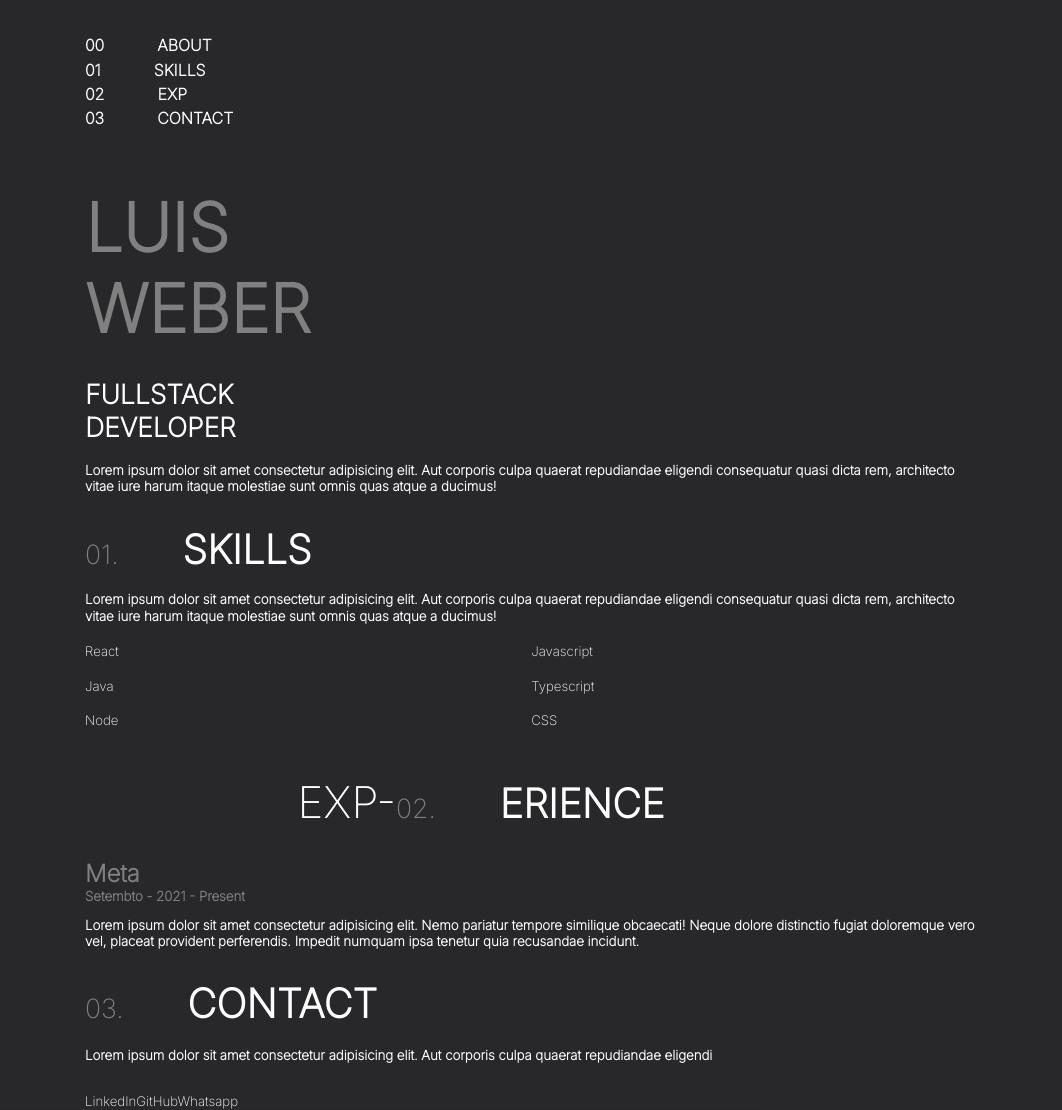
Repository: luiswh1/Portfolio
Page: /
An editor plug-in stored every save of this project. The page is shown before and after the next save, followed by the edit.
The browser window is 1280 px wide. The pictures show the whole page, at 83% of full size.
The project was rebuilt for these pictures with package versions that can differ from the ones it lists, and the page was loaded fresh each time.

Above is the page before, as saved 2023-05-28 18:10:35.

### public/index.html
<!DOCTYPE html>
<html lang="en">
  <head>
    <meta charset="utf-8" />
    <link rel="icon" href="%PUBLIC_URL%/favicon.ico" />
    <meta name="viewport" content="width=device-width, initial-scale=1" />
    <meta name="theme-color" content="#000000" />
    <meta
      name="description"
      content="Web site created using create-react-app"
    />
    <link rel="apple-touch-icon" href="%PUBLIC_URL%/logo192.png" />
    <!--
      manifest.json provides metadata used when your web app is installed on a
      user's mobile device or desktop. See https://developers.google.com/web/fundamentals/web-app-manifest/
    -->
    <link rel="manifest" href="%PUBLIC_URL%/manifest.json" />
    <!--
      Notice the use of %PUBLIC_URL% in the tags above.
      It will be replaced with the URL of the `public` folder during the build.
      Only files inside the `public` folder can be referenced from the HTML.

      Unlike "/favicon.ico" or "favicon.ico", "%PUBLIC_URL%/favicon.ico" will
      work correctly both with client-side routing and a non-root public URL.
      Learn how to configure a non-root public URL by running `npm run build`.
    -->

    <link rel="preconnect" href="https://fonts.googleapis.com">
    <link rel="preconnect" href="https://fonts.gstatic.com" crossorigin>
    <link href="https://fonts.googleapis.com/css2?family=Inter:wght@200&family=Poppins:wght@200;300&display=swap" rel="stylesheet">
    <title>React App</title>
  </head>
  <body>
    <noscript>You need to enable JavaScript to run this app.</noscript>
    <div id="root"></div>
    <!--
      This HTML file is a template.
      If you open it directly in the browser, you will see an empty page.

      You can add webfonts, meta tags, or analytics to this file.
      The build step will place the bundled scripts into the <body> tag.

      To begin the development, run `npm start` or `yarn start`.
      To create a production bundle, use `npm run build` or `yarn build`.
    -->
  </body>
</html>

### src/index.tsx
import React from 'react';
import ReactDOM from 'react-dom/client';
import App from './App';
import GlobalStyle from './styles/globalStyles';

const root = ReactDOM.createRoot(
  document.getElementById('root') as HTMLElement
);
root.render(
  <React.StrictMode>
    <GlobalStyle />
    <App />
  </React.StrictMode>
);

### src/App.tsx
import React from 'react';
import Home from './Pages/Home';

function App() {
  return (
   <Home />
  );
}

export default App;

### src/styles/globalStyles.tsx
import { createGlobalStyle } from 'styled-components'


const GlobalStyle = createGlobalStyle`
* {
    margin: 0;
    font-family: Inter;
  }

  html, body {
    height: 100%;
    background-color: #28282B;
    color: white;
  }

`

export default GlobalStyle

### src/Pages/Home.tsx
import {
  Container,
  NameSection,
  StyledName,
  InnerContainer,
  Profession,
  About,
  LabelTitle,
  NumberIndex,
  IndexTitle,
  ListSkills,
  SkillItem,
  StyledSpanExp,
  Experience,
  Company,
  Date,
  Description,
  SectionContacts,
  ContactItem,
} from "./HomeStyles";
import IndexList from "../Components/IndexList/IndexList";

const Home = () => {
  return (
    <Container>
      <InnerContainer>
        <IndexList />

        <NameSection>
          <StyledName>
            LUIS <br />
            WEBER
          </StyledName>
        </NameSection>

        <Profession>
          FULLSTACK <br />
          DEVELOPER
        </Profession>

        <About>
          Lorem ipsum dolor sit amet consectetur adipisicing elit. Aut corporis
          culpa quaerat repudiandae eligendi consequatur quasi dicta rem,
          architecto vitae iure harum itaque molestiae sunt omnis quas atque a
          ducimus!
        </About>

        <LabelTitle>
          <NumberIndex>01.</NumberIndex>
          <IndexTitle>SKILLS</IndexTitle>
        </LabelTitle>

        <About>
          Lorem ipsum dolor sit amet consectetur adipisicing elit. Aut corporis
          culpa quaerat repudiandae eligendi consequatur quasi dicta rem,
          architecto vitae iure harum itaque molestiae sunt omnis quas atque a
          ducimus!
        </About>

        <ListSkills>
          <SkillItem>React</SkillItem>
          <SkillItem>Javascript</SkillItem>
          <SkillItem>Java</SkillItem>
          <SkillItem>Typescript</SkillItem>
          <SkillItem>Node</SkillItem>
          <SkillItem>CSS</SkillItem>
        </ListSkills>

        <LabelTitle>
          {/* TODO Ajustar o EXP em diferente resoluções de celular, pois está ficando desalinhado com o ERIENCE */}
          <StyledSpanExp>EXP-</StyledSpanExp>
          <NumberIndex>02.</NumberIndex>
          <IndexTitle>ERIENCE</IndexTitle>
        </LabelTitle>

        <Experience>
          <Company>Meta</Company>
          <Date>Setembto - 2021 - Present</Date>
          <Description>
            Lorem ipsum dolor sit amet consectetur adipisicing elit. Nemo
            pariatur tempore similique obcaecati! Neque dolore distinctio fugiat
            doloremque vero vel, placeat provident perferendis. Impedit numquam
            ipsa tenetur quia recusandae incidunt.
          </Description>
        </Experience>

        <LabelTitle>
          <NumberIndex>03.</NumberIndex>
          <IndexTitle>CONTACT</IndexTitle>
        </LabelTitle>

        <About>
          Lorem ipsum dolor sit amet consectetur adipisicing elit. Aut corporis
          culpa quaerat repudiandae eligendi
        </About>

        <SectionContacts>
          <ContactItem>LinkedIn</ContactItem>
          <ContactItem>GitHub</ContactItem>
          <ContactItem>Whatsapp</ContactItem>
        </SectionContacts>
      </InnerContainer>
    </Container>
  );
};

export default Home;

### src/Pages/HomeStyles.tsx
import { styled } from "styled-components";

export const Container = styled.div`
  width: 100%;
  height: 100%;
  overflow: hidden;
`;

export const InnerContainer = styled.div`
  margin-left: 8vw;
  margin-right: 8vw;
`;

export const NameSection = styled.div`
  width: 100%;
  height: 100%;
  margin-top: 10vh;
`;

export const StyledName = styled.h1`
  font-size: 5em;
  color: gray;
`;

export const Profession = styled.h1`
margin-top: 5vh;
`

export const About = styled.p`
margin-top: 3vh;
color: white;
font-weight: bold;
`
export const LabelTitle = styled.div`
margin-top: 5vh;
`

export const NumberIndex = styled.span`
  font-size: 2em;
  color: gray;
  margin-right: 3vw;
`;

export const IndexTitle = styled.span`
  font-size: 3em;
  color: white;
  margin-left: 3vw;
  font-weight: bold;
`;


export const ListSkills = styled.div`
margin-top: 3vh;
display: flex;
  flex-wrap: wrap;
`;

export const SkillItem = styled.span`
flex-basis: 50%;
margin-bottom: 3vh;
color: white;
`;

export const StyledSpanExp = styled.span`
font-size: 3.3em;
color: white;
margin-left: 20vw;
`

export const Experience = styled.section`
margin-top: 5vh;
color: gray;
`

export const Company = styled.h5`
font-size: 1.8em;
`

export const Date = styled.h6`
font-size: 1em;
`

export const Description = styled.p`
color: white;
font-weight: bold;
margin-top: 2vh;
`

export const SectionContacts = styled.p`
margin-top: 5vh;
`

export const ContactItem = styled.span`

`

### src/Components/IndexList/IndexList.tsx
import React from "react";
import { Sections, SectionItem } from "./IndexListStyles";

const IndexList = () => {
  return (
    <>
      <Sections>
        <SectionItem>
          <span>00</span>
          <span>ABOUT</span>
        </SectionItem>
        <SectionItem>
          <span>01</span>
          <span>SKILLS</span>
        </SectionItem>
        <SectionItem>
          <span>02</span>
          <span>EXP</span>
        </SectionItem>
        <SectionItem>
          <span>03</span>
          <span>CONTACT</span>
        </SectionItem>
      </Sections>
    </>
  );
};

export default IndexList;

### src/Components/IndexList/IndexListStyles.tsx
import { styled } from "styled-components";

export const Sections = styled.div`
margin-top: 6vh;
`

export const SectionItem = styled.span`
color: white;
font-size: 1.2rem;
font-weight: bold;
display: block;
span:first-child {
    margin-right: 5vw;
  }
  margin-top: 5px;
`

After the next save:
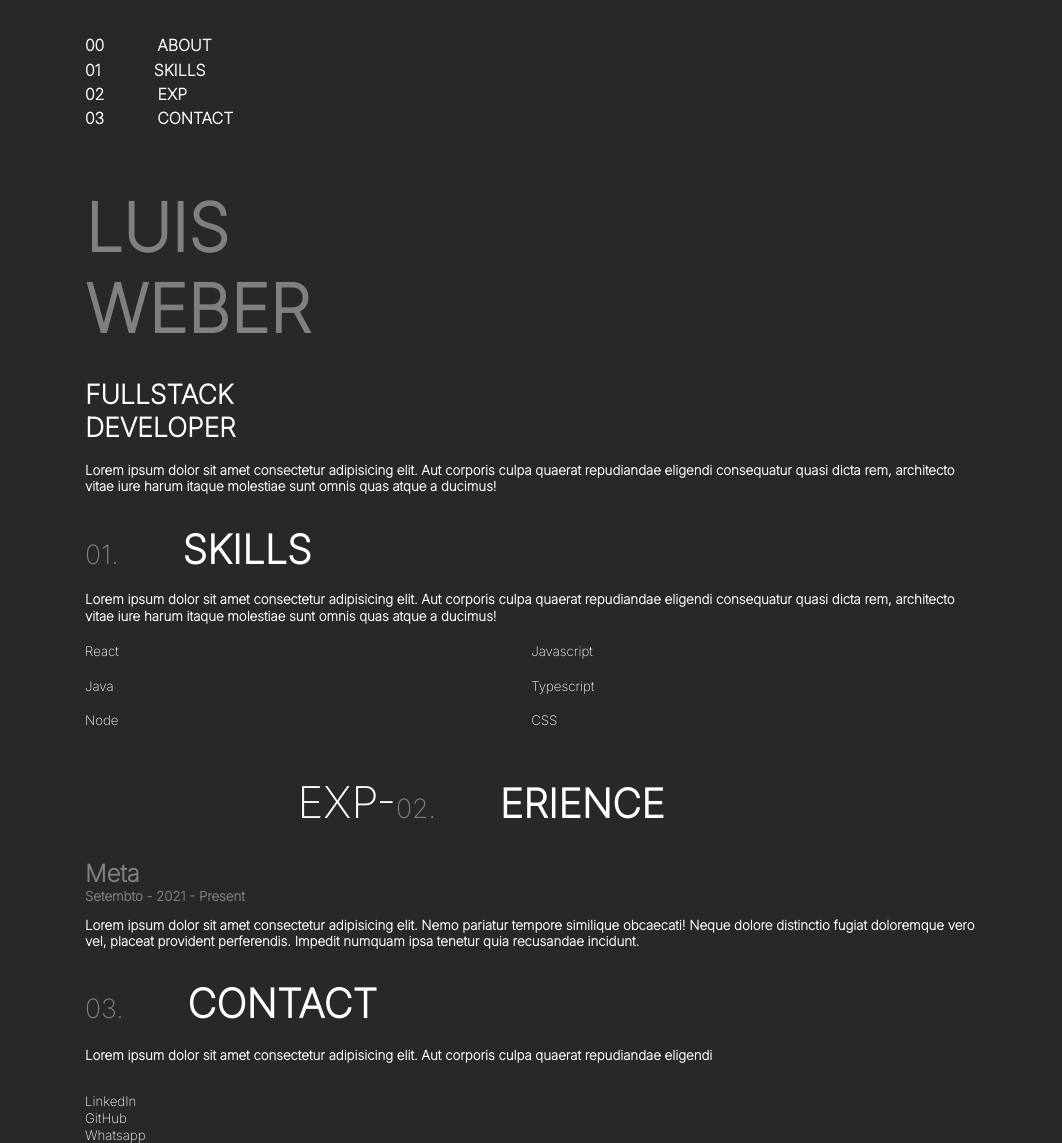
Saved 65 s later.
--- a/src/Pages/HomeStyles.tsx
+++ b/src/Pages/HomeStyles.tsx
@@ -88,8 +88,10 @@ margin-top: 2vh;
 
 export const SectionContacts = styled.p`
 margin-top: 5vh;
+display: flex;
+flex-wrap: wrap;
 `
 
 export const ContactItem = styled.span`
-
+flex-basis: 100%;
 `
